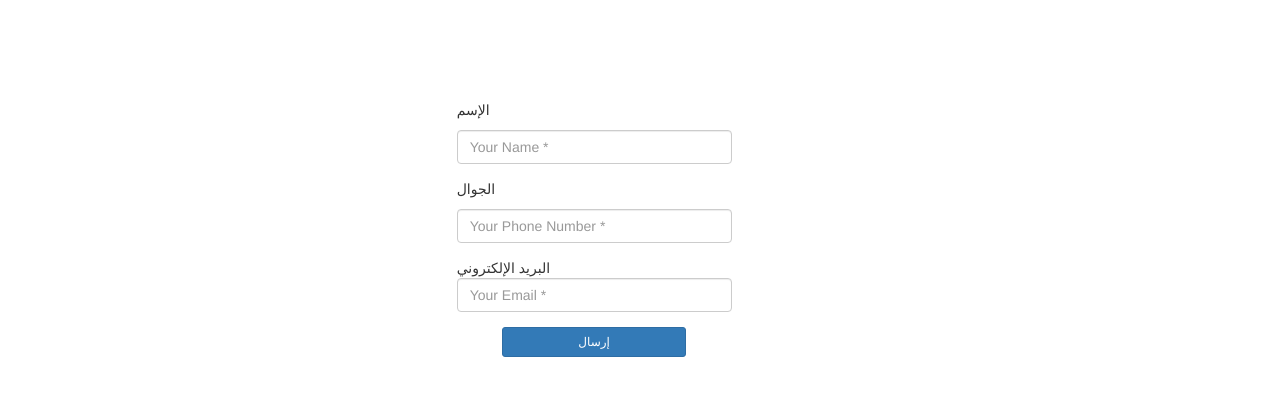
Repository: Abdaljawad-Aya/Itbeep-task
Page: http://localhost/form-user
These files come from the project's save history. The page is drawn as it stood at one moment and after the next save; the edit follows.
The browser window is 1280 px wide. The pictures show the whole page.
The page is served by the project's Laravel application, run on PHP 8.4 with Laravel 8. Other server files are loaded and not shown.

Above is the page before, as saved 2021-03-07 18:55:46.

### singlePageApp/routes/web.php
<?php

use Illuminate\Support\Facades\Route;

/*
|--------------------------------------------------------------------------
| Web Routes
|--------------------------------------------------------------------------
|
| Here is where you can register web routes for your application. These
| routes are loaded by the RouteServiceProvider within a group which
| contains the "web" middleware group. Now create something great!
|
*/

Route::get('/', function () {
    return view('welcome');
});

Route::get('form-user', 'formController@form');
Route::post('form-user', ['as' => 'users.store', 'uses' => 'formController@formSaveData']);

### singlePageApp/app/Http/Controllers/formController.php
<?php

namespace App\Http\Controllers;

use Illuminate\Support\Facades\Mail;

use Illuminate\Http\Request;
use App\Mail\formUser;
use App\form;

class formController extends Controller
{
    /**
     * Show the application
     *
     * @return \Illuminatey\Http\Response
     */

    public function form()
    {
        return view('form-user');
    }

    /**
     * Show the application
     *
     * @return \Illuminatey\Http\Response
     */

    public function formSaveData(Request $request)

    {
        $this->validate($request, [
            'name'   => 'required',
            'email'  => 'required|email',
            'mobile' => 'required',
        ]);

        form::create($request->all());
        Mail::send(
            'form-user',
            array(
                'name'   => $request->get('name'),
                'mobile' => $request->get('mobile'),
                'email'  => $request->get('email'),
            ),
            function ($message) use ($request) {
                $message->from('abdaljawad.ayah94@gmail.com');
                $message->to($request->email, 'Admin')->subject($request->get('subject'));
            }
        );
        return back()->with('success', 'Thanks for contact us!');
    }
}

### singlePageApp/resources/views/form-user.blade.php
<!DOCTYPE html>
<html lang="en">
<head>
    <meta charset="UTF-8">
    <meta name="viewport" content="width=device-width, initial-scale=1.0">
    <meta http-equiv="X-UA-Compatible" content="ie=edge">
    <link rel="stylesheet" href="https://maxcdn.bootstrapcdn.com/bootstrap/3.4.1/css/bootstrap.min.css">

    <script src="https://ajax.googleapis.com/ajax/libs/jquery/3.5.1/jquery.min.js"></script>

    <script src="https://maxcdn.bootstrapcdn.com/bootstrap/3.4.1/js/bootstrap.min.js"></script>
    <link rel="stylesheet" href="../views/css/style.css">
    <title>Form</title>
</head>
<body>
   <div class="container contact-form col-lg-6 col-md-offset-4" style="margin-top:100px;">
     @if (session('status'))
       <div class="alert alert-success">
           {{ session('status')}}
       </div>
    @endif
    @if (session('warning'))
    <div class="alert alert-warning">
        {{session('warning')}}
    </div>
    @endif

    <form method="POST" action ="{{ route('users.store')}}" >
     {{ csrf_field()}}

     <div class="col-md-6">

        {{-- NAME --}}
         <div class="form-group {{ $errors->has('name') ? ' has-error' : '' }}">
                <p>الإسم</p>
            <input type="text" name="name" class="form-control" placeholder="Your Name *" required/>
             @if ($errors->has('name'))
                 <span class="help-block">
                     <strong>
                         {{ $errors->first('name')}}
                     </strong>
                 </span>
             @endif
         </div>


        {{-- MOBILE --}}

        <div class="form-group" {{$errors->has('mobile') ? 'has-error' : ''}}>
            <p>الجوال</p>
         <input type="text" name="mobile" class="form-control" placeholder="Your Phone Number *" required/>

         @if ($errors->has('mobile'))
             <span class="help-block">
                 <strong>
                     {{ $errors->first('mobile')}}
                 </strong>
             </span>
         @endif
        </div>
         {{-- EMAIL --}}
         <div class="form-group" {{$errors->has('email') ? 'has-error' : ''}}>
            البريد الإلكتروني
          <input type="email" name="email" class="form-control" placeholder="Your Email *" required />

            @if ($errors->has('email'))
            <span class="help-block">
                <strong>
                    {{ $errors->first('email')}}
                </strong>
            </span>
            @endif
        </div>

        <div class="form-group">

            <input type="submit" name="btnSubmit" class="btn btn-primary btn-square btn-sm col-lg-8 col-md-offset-2" value="إرسال" data-toggle="modal" data-target="#exampleModal" data-whatever="@getbootstrap">
        </div>
     </div>


     {{-- Popup Start --}}
    <div class="modal fade" id="exampleModal" tabindex="-1" role="dialog" aria-labelledby="exampleModalLabel" aria-hidden="true">
    <div class="modal-dialog" role="document">
        <div class="modal-content">
        <div class="modal-header">
            {{-- <h5 class="modal-title" id="exampleModalLabel">New message</h5> --}}
            <button type="button" class="close" data-dismiss="modal" aria-label="Close">
            <span aria-hidden="true">&times;</span>
            </button>
        </div>
        <div class="modal-body">
            <form>
            <div class="form-group ">
                <p style="text-align: center" >إختر عرض من العروض الاتيه</p>
                <button type="button" style=" background-color:rgb(95, 51, 95); color:#FFF;" class=" btn-square btn-sm col-lg-2 col-md-offset-2"> عرض3</button>
                <button type="button" style=" background-color:rgb(95, 51, 95); color:#FFF;"class="btn-square btn-sm col-lg-2 col-md-offset-1"> عرض2</button>
                <button type="button" style=" background-color:rgb(95, 51, 95); color:#FFF;"class="btn-square btn-sm col-lg-2 col-md-offset-1"> عرض1</button>
                 <br> <br>
                <button type="button"style=" background-color:rgb(95, 51, 95); color:#FFF;" class=" btn-square btn-sm col-lg-8 col-md-offset-2">التالي</button>

            </div>
            </form>
        </div>
        <div class="modal-footer">
            <button type="button" class="btn btn-secondary" data-dismiss="modal">إغلاق</button>

        </div>
        </div>
    </div>
</div>
     {{-- Popup End --}}


</form>
</div>
</body>
</html>

Loaded but not shown: singlePageApp/app/Http/Controllers/Controller.php (common file)

After the next save:
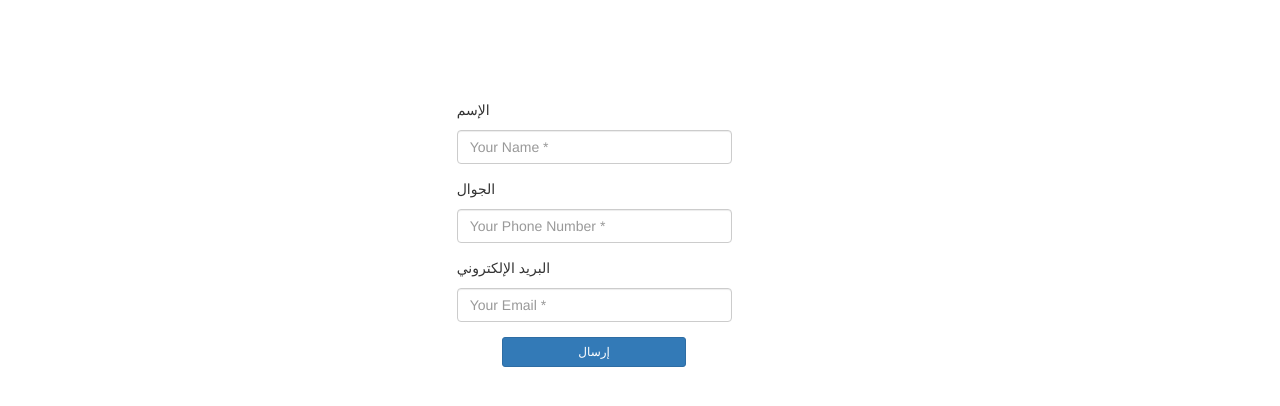
Saved 2 min 58 s later.
--- a/singlePageApp/resources/views/form-user.blade.php
+++ b/singlePageApp/resources/views/form-user.blade.php
@@ -31,7 +31,7 @@
      <div class="col-md-6">
 
         {{-- NAME --}}
-         <div class="form-group {{ $errors->has('name') ? ' has-error' : '' }}">
+        <div class="form-group {{ $errors->has('name') ? ' has-error' : '' }}">
                 <p>الإسم</p>
             <input type="text" name="name" class="form-control" placeholder="Your Name *" required/>
              @if ($errors->has('name'))
@@ -60,7 +60,7 @@
         </div>
          {{-- EMAIL --}}
          <div class="form-group" {{$errors->has('email') ? 'has-error' : ''}}>
-            البريد الإلكتروني
+             <p>البريد الإلكتروني</p>
           <input type="email" name="email" class="form-control" placeholder="Your Email *" required />
 
             @if ($errors->has('email'))
